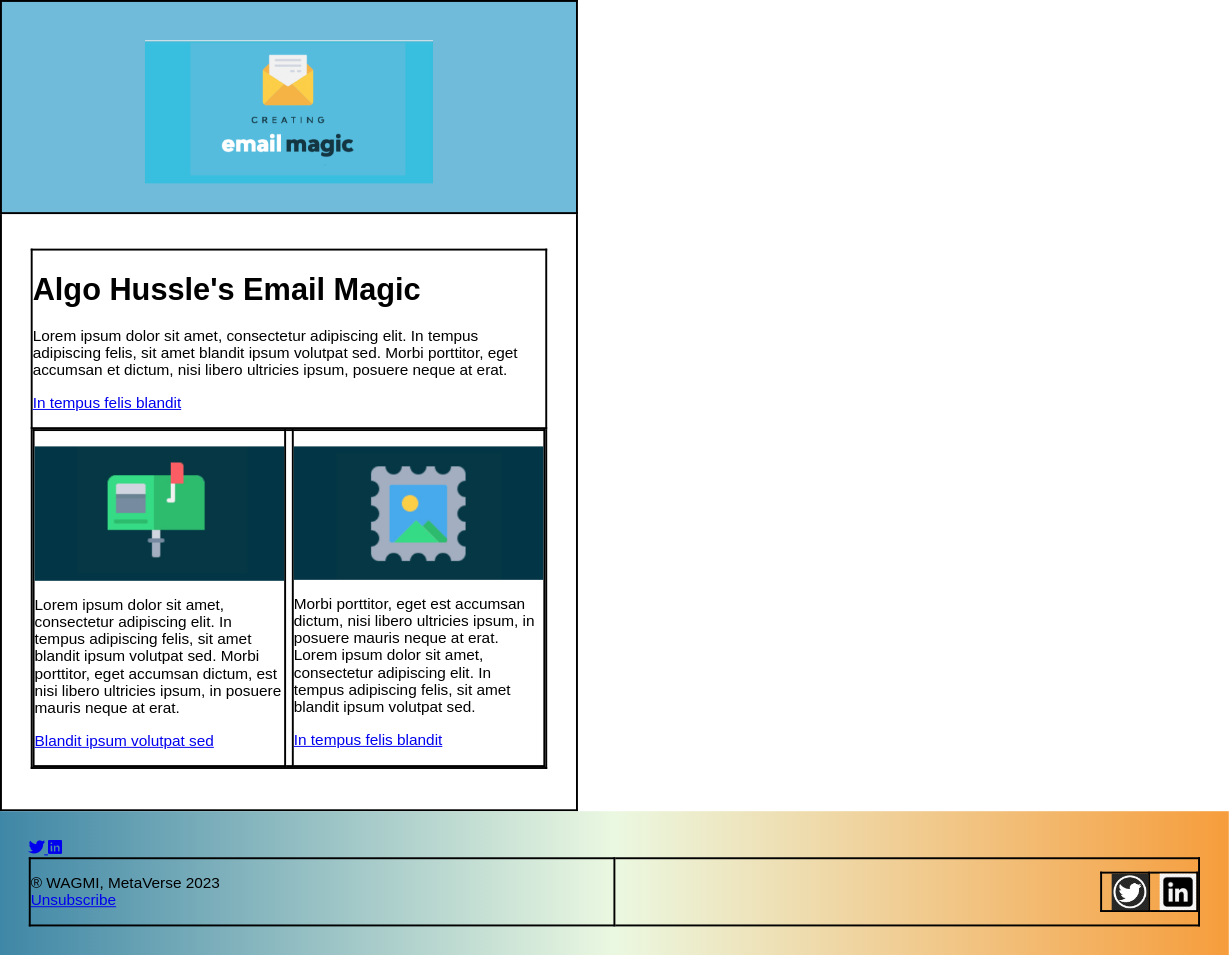
Repository: MikeeBuilds/email-template
Page: index.html
An editor plug-in stored every save of this project. The page is shown before and after the next save, followed by the edit.
The browser window is 1280 px wide. The pictures show the whole page, at 96% of full size.
Some web libraries are served in a nearby version.

Above is the page before, as saved 2022-11-25 13:50:53.

After the next save:
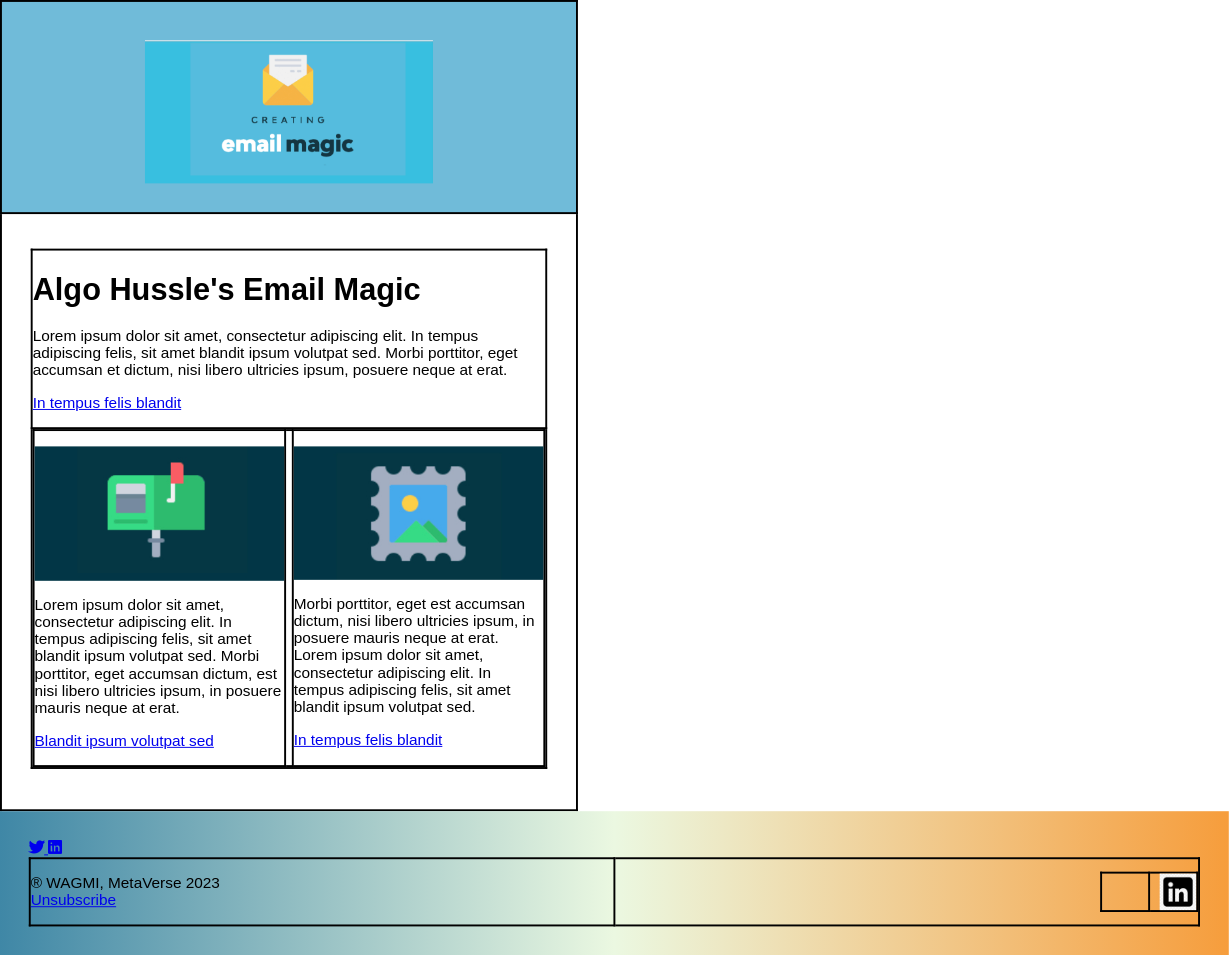
Saved 3 min 25 s later.
--- a/index.html
+++ b/index.html
@@ -84,7 +84,7 @@
                         <table role="presentation" style="border-collapse:collapse;border:0;border-spacing:0;">
                             <tr>
                                 <td style="padding:0 0 0 10px;width:38px;">
-                                    <a href="http://www.twitter.com/bankroll_miyagi"><img src="images/twitter.png" alt="Twitter" width="38" style="height:auto;display:block;border:0;" /></a>
+
                                 </td>
                                 <td style="padding:0 0 0 10px;width:38px;">
                                     <a href="http://www.linkedin.com/in/mike-woods-51b3b2257"><img src="images/linkedin.png" alt="Facebook" width="38" style="height:auto;display:block;border:0;" /></a>
